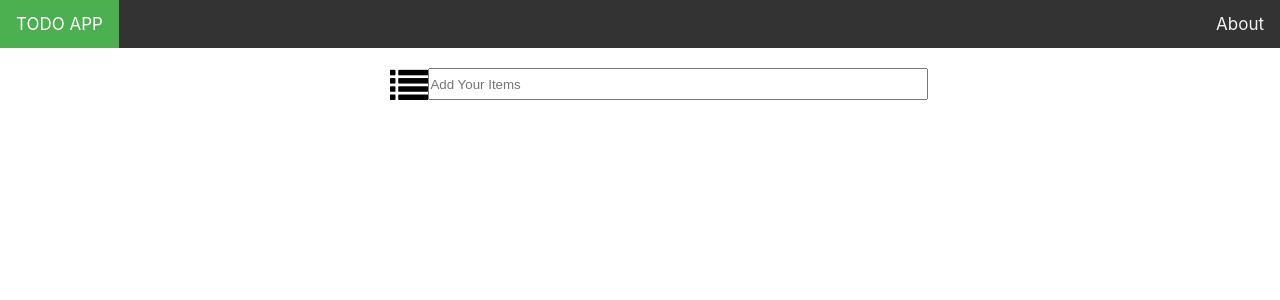
Repository: hoangphuong965/myTodoList
Page: /
An editor plug-in stored every save of this project. The page is shown before and after the next save, followed by the edit.
The browser window is 1280 px wide. The pictures show the whole page.
The project was rebuilt for these pictures with package versions that can differ from the ones it lists, and the page was loaded fresh each time.

Above is the page before, as saved 2020-06-01 09:50:24.

After the next save:
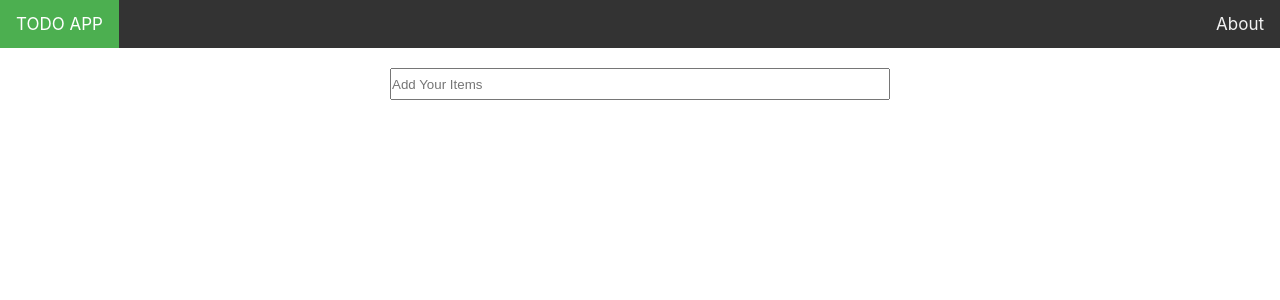
Saved 2 min 40 s later.
--- a/src/components/TodoInput.js
+++ b/src/components/TodoInput.js
@@ -6,9 +6,6 @@ export default class TodoInput extends Component {
       <div className="input">
         <form className="form">
           <span>
-            <i className="fa fa-list icon" aria-hidden="true"></i>
-          </span>
-          <span>
             <input type="text" className="input" placeholder="Add Your Items" />
           </span>
         </form>
